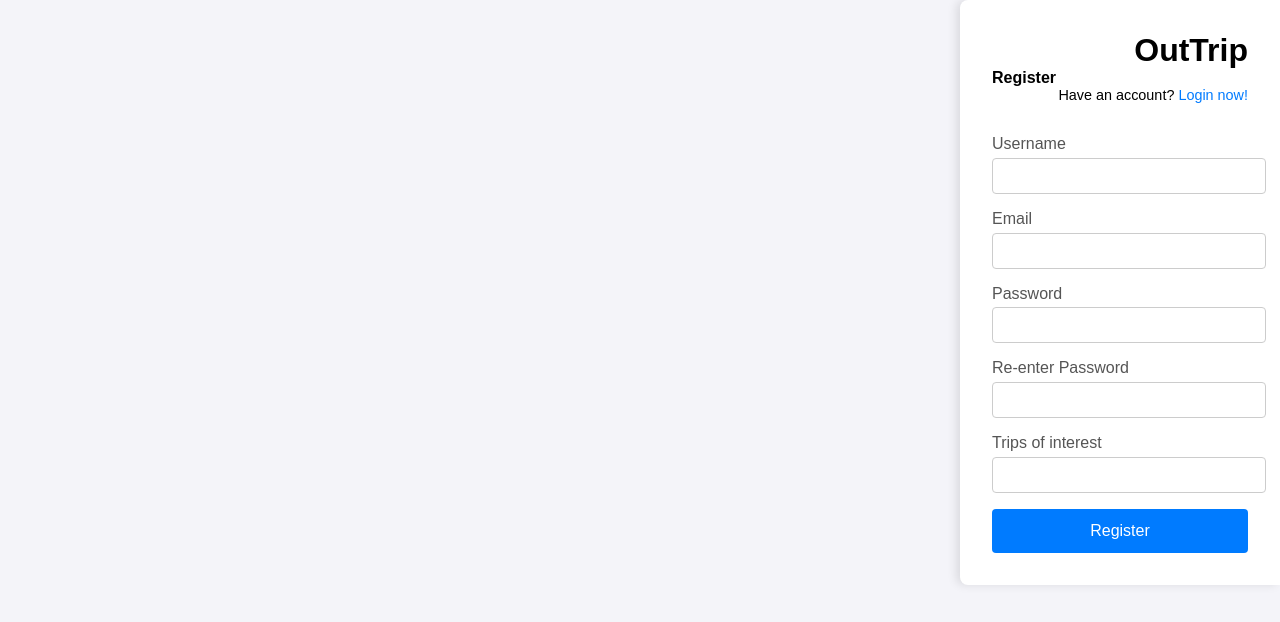
Repository: Nuttawut-Amattong/outtrip
Page: /register (app in OutTrip/)
These files come from the project's save history. The page is drawn as it stood at one moment and after a run of saves; the edit follows.
The browser window is 1280 px wide. The pictures show the whole page.
The project was rebuilt for these pictures with package versions that can differ from the ones it lists, and the page was loaded fresh each time. Also part of the build but not shown: OutTrip/vite.config.js, OutTrip/src/pages/Login.jsx, OutTrip/src/pages/Forgetpass.jsx.

Above is the page before, as saved 2025-05-19 01:08:19.

After the next 2 saves:
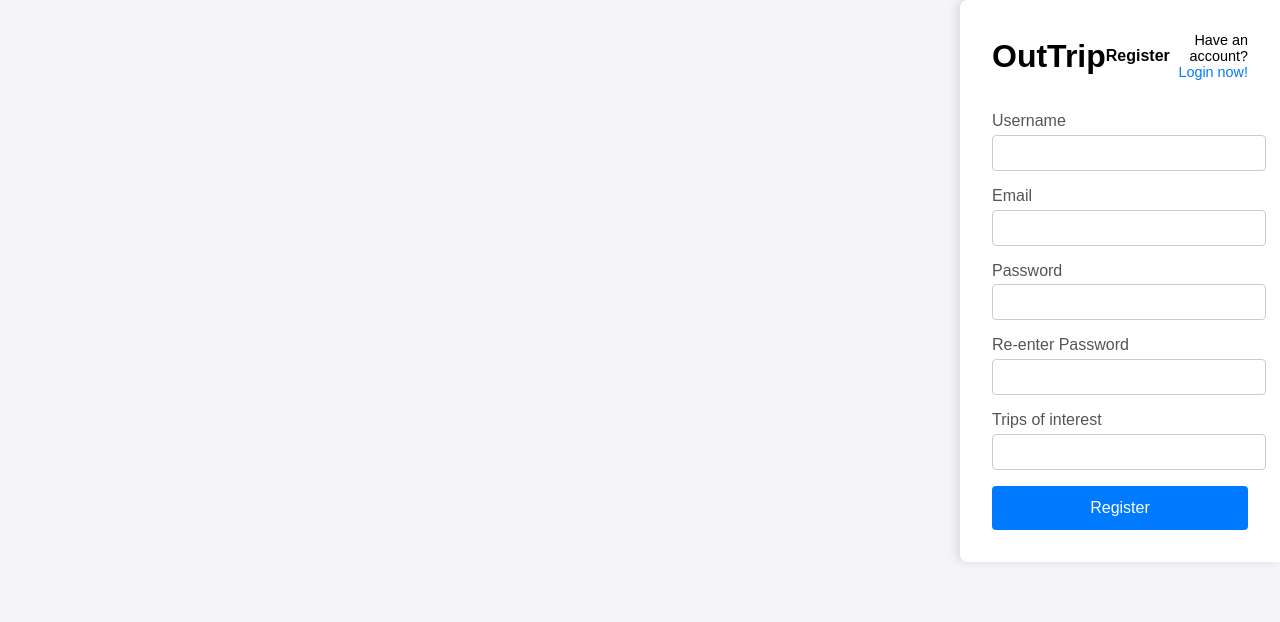
The 2 saves are shown as one change because they came seconds apart.
The last was saved 60 s later.
--- a/OutTrip/src/CSS/register.css
+++ b/OutTrip/src/CSS/register.css
@@ -81,21 +81,25 @@ body {
 }
 
 .register-header {
+  display: flex;
+  justify-content: space-between; /* แยกซ้าย-ขวา */
+  align-items: center;
   margin-bottom: 2rem;
-  text-align: right;     /* ชิดขวา */
-  color: #000000;        /* สีดำ */
 }
 
-.register-header h1,
-.register-header h2 {
+.left-side {
+  text-align: left;
+  color: #000000;
+}
+
+.left-side h1 {
   margin: 0;
-  color: inherit;        /* ใช้สีเดียวกับ .register-header */
+  font-size: 1.5rem;
 }
 
 .forgot-password-link {
   font-size: 0.9rem;
-  color: inherit;        /* ใช้สีเดียวกับ .register-header */
-  text-align: right;     /* ชิดขวา */
+  color: inherit;
 }
 
 .forgot-password-link a {
@@ -106,3 +110,10 @@ body {
 .forgot-password-link a:hover {
   text-decoration: underline;
 }
+
+.right-side {
+  margin: 0;
+  font-size: 1.2rem;
+  color: #555555;
+  text-align: right;
+}
